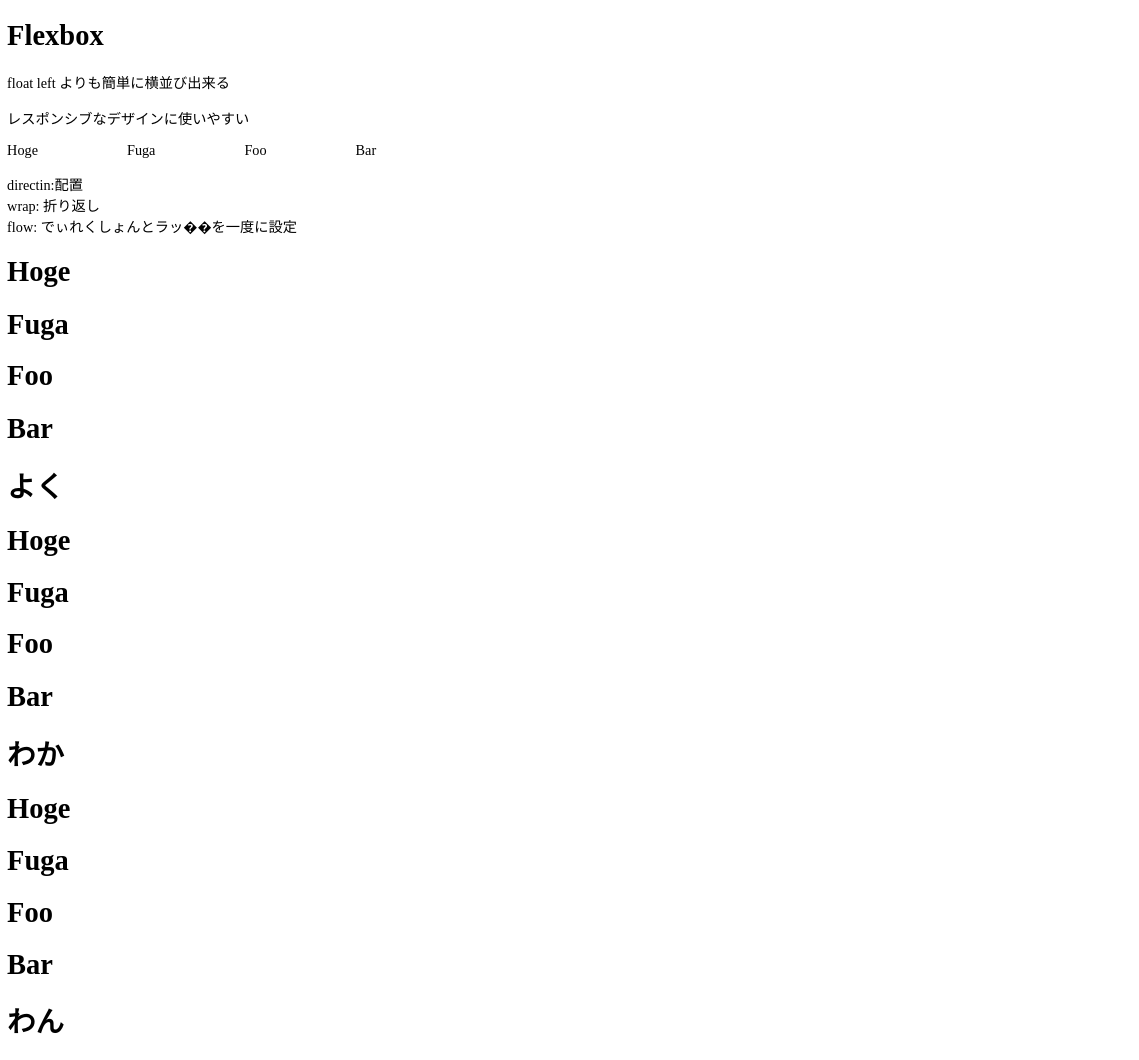
Repository: YokoInoue-u/samurai_HTML-CSS
Page: chap14.html
The author's editor kept a record of every edit. The page is drawn from the files as they stood at one moment, then again after the next edit.
The browser window is 1280 px wide. The pictures show the whole page, at 89% of full size.

Above is the page before.

After the next edit:
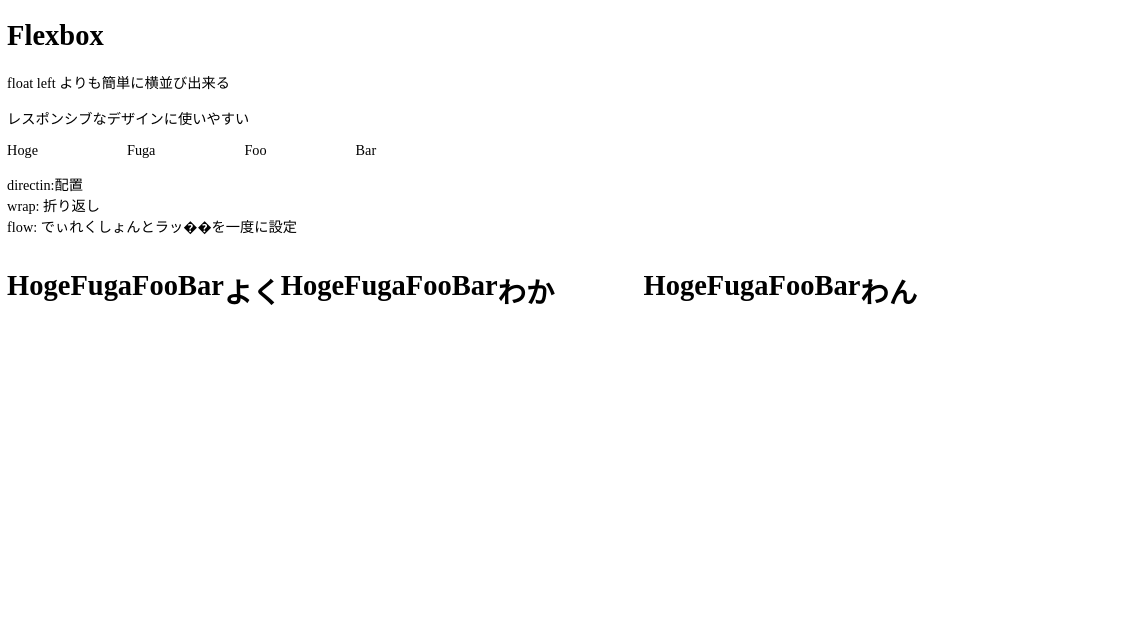
The edit:
--- a/chap14.html
+++ b/chap14.html
@@ -12,6 +12,20 @@
             }
             div {
               margin-right: 100px;
+            }
+            #no-wrap {
+                display: flex;
+                flex-wrap:nowrap;
+            }
+
+            #wrap {
+                display: flex;
+                flex-wrap:wrap;
+            }
+
+            #reverse {
+                display: flex;
+                flex-wrap:wrap-reverse;
             }
     </style>
 </head>
